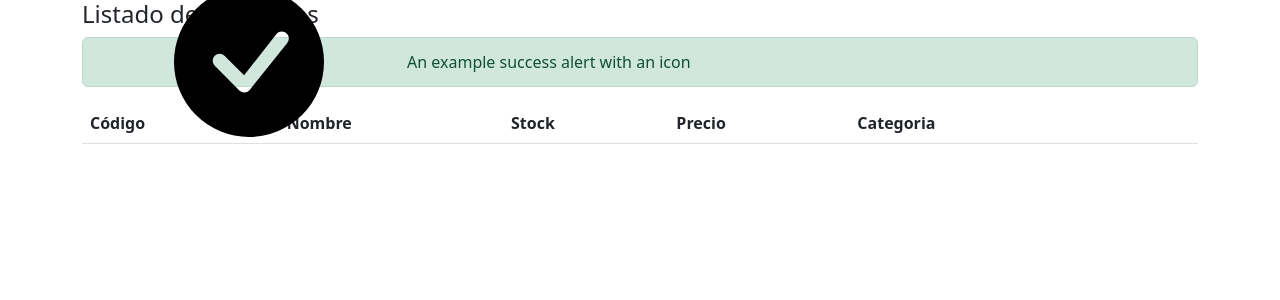
Repository: xJerson/ClaseSpring20-10-2023
Page: http://localhost/listado
The author's editor kept a copy of each file at every save. The page is drawn from the files as they stood at one save, then again after the next save.
The browser window is 1280 px wide. The pictures show the whole page.
The page is this project's Thymeleaf template; nobody is signed in. The template is opened directly, without the code that normally fills it, so the values that code supplies are empty.

Above is the page before, as saved 2023-10-21 02:43:26.

### dawi_sesion06G2/src/main/resources/templates/listado.html
<!doctype html>
<html lang="es" xmlns:th="https://www.thymeleaf.org">
  <head>
    <meta charset="utf-8">
    <meta name="viewport" content="width=device-width, initial-scale=1">
    <title>Bootstrap demo</title>
    <link href="https://cdn.jsdelivr.net/npm/bootstrap@5.2.3/dist/css/bootstrap.min.css" rel="stylesheet" integrity="sha384-rbsA2VBKQhggwzxH7pPCaAqO46MgnOM80zW1RWuH61DGLwZJEdK2Kadq2F9CUG65" crossorigin="anonymous">
  </head>
  <body>
    <div class="container">
    	<h4>Listado de Productos</h4>

 <svg xmlns="http://www.w3.org/2000/svg" class="d-none">
  <symbol id="check-circle-fill" viewBox="0 0 16 16">
    <path d="M16 8A8 8 0 1 1 0 8a8 8 0 0 1 16 0zm-3.97-3.03a.75.75 0 0 0-1.08.022L7.477 9.417 5.384 7.323a.75.75 0 0 0-1.06 1.06L6.97 11.03a.75.75 0 0 0 1.079-.02l3.992-4.99a.75.75 0 0 0-.01-1.05z"/>
  </symbol>
  <symbol id="info-fill" viewBox="0 0 16 16">
    <path d="M8 16A8 8 0 1 0 8 0a8 8 0 0 0 0 16zm.93-9.412-1 4.705c-.07.34.029.533.304.533.194 0 .487-.07.686-.246l-.088.416c-.287.346-.92.598-1.465.598-.703 0-1.002-.422-.808-1.319l.738-3.468c.064-.293.006-.399-.287-.47l-.451-.081.082-.381 2.29-.287zM8 5.5a1 1 0 1 1 0-2 1 1 0 0 1 0 2z"/>
  </symbol>
  <symbol id="exclamation-triangle-fill" viewBox="0 0 16 16">
    <path d="M8.982 1.566a1.13 1.13 0 0 0-1.96 0L.165 13.233c-.457.778.091 1.767.98 1.767h13.713c.889 0 1.438-.99.98-1.767L8.982 1.566zM8 5c.535 0 .954.462.9.995l-.35 3.507a.552.552 0 0 1-1.1 0L7.1 5.995A.905.905 0 0 1 8 5zm.002 6a1 1 0 1 1 0 2 1 1 0 0 1 0-2z"/>
  </symbol>
</svg>

 <div class="alert alert-success d-flex align-items-center" role="alert" style="height: 50px;">
  <svg class="bi flex-shrink-0 me-2" role="img" aria-label="Success:"><use xlink:href="#check-circle-fill"/></svg>
  <div>
    An example success alert with an icon
  </div>
</div>


    	<table class="table table-hover" id="myTable">
    		<thead>
    			<tr>
    				<th scope="col">Código</th>
    				<th scope="col">Nombre</th>
    				<th scope="col">Stock</th>
    				<th scope="col">Precio</th>
    				<th scope="col">Categoria</th>
    				<th></th>
    				<th></th>
    			</tr>
    		</thead>
    		<tbody>
    			<tr th:each="p : ${lstProductos}">
    				<td th:text="${p.codigo}"></td>
    				<td th:text="${p.descripcion}"></td>
    				<td th:text="${p.stock}"></td>
    				<td th:text="${p.precio}"></td>
    				<td th:text="${p.categoria.descripcion}"></td>
    				<td>
						<a class="btn btn-warning" th:href="@{'/editar/' + ${p.codigo}}" role="button">Editar</a>
    				</td>
    				<td>
						<button type="button" class="btn btn-danger deletebtn">Eliminar</button>
					</td>
    			</tr>
    		</tbody>
    	</table>


    </div>

    	<div class="modal fade" id="eliminarModal" tabindex="-1" aria-labelledby="eliminarModalLabel" aria-hidden="true">
	  <div class="modal-dialog">
	    <div class="modal-content">
	      <div class="modal-header">
	        <h5 class="modal-title" id="editarModalLabel">Eliminar producto</h5>
	        <button type="button" class="btn-close" data-bs-dismiss="modal" aria-label="Close"></button>
	      </div>
	      	<form th:action="@{/eliminar}" method="post">
		      <div class="modal-body">
				 <input type="hidden" name="codigo" id="codigo">
				  <span id="nombreProducto"></span>
		      </div>
		      <div class="modal-footer">
		          <button type="button" class="btn btn-secondary" data-bs-dismiss="modal"> Cancelar </button>
		          <button type="submit" name="deletedata" class="btn btn-primary">Sí, eliminar</button>
		      </div>
		     </form>
	    </div>
		</div>
	</div>

	<script src="https://cdn.jsdelivr.net/npm/bootstrap@5.2.3/dist/js/bootstrap.bundle.min.js" integrity="sha384-kenU1KFdBIe4zVF0s0G1M5b4hcpxyD9F7jL+jjXkk+Q2h455rYXK/7HAuoJl+0I4" crossorigin="anonymous"></script>
 	<script src="https://code.jquery.com/jquery-3.7.1.min.js" integrity="sha256-/JqT3SQfawRcv/BIHPThkBvs0OEvtFFmqPF/lYI/Cxo=" crossorigin="anonymous"></script>

 	<script>

		 $(document).ready(function(){
			$('.deletebtn').on('click',function(){
				$('#eliminarModal').modal('show');
				$tr=$(this).closest('tr');
				var data=$tr.children("td").map(function(){
					return $(this).text();
				}).get();
				console.log(data);
				$('#codigo').val(data[0]);
				$('#nombreProducto').text('Estas seguro de eliminar el producto : '+data[1]+"?");

			})
		 });

	 </script>
  </body>
</html>

After the next save:
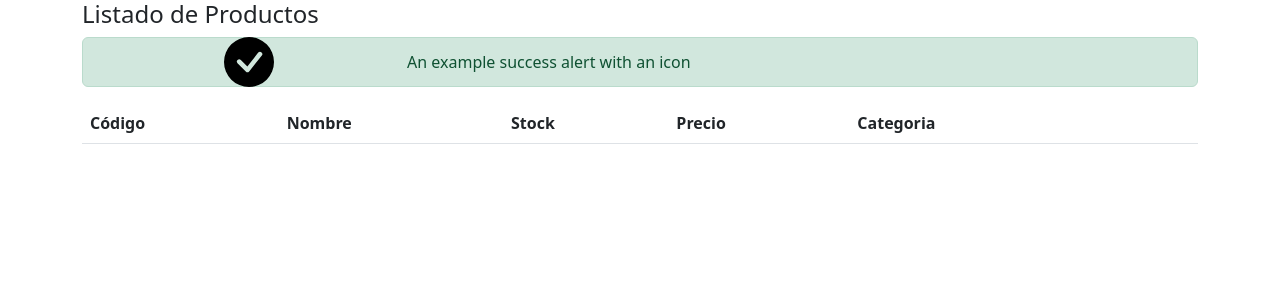
Saved 25 s later.
--- a/dawi_sesion06G2/src/main/resources/templates/listado.html
+++ b/dawi_sesion06G2/src/main/resources/templates/listado.html
@@ -23,7 +23,7 @@
 </svg>
 
  <div class="alert alert-success d-flex align-items-center" role="alert" style="height: 50px;">
-  <svg class="bi flex-shrink-0 me-2" role="img" aria-label="Success:"><use xlink:href="#check-circle-fill"/></svg>
+  <svg class="bi flex-shrink-0 me-2" role="img" aria-label="Success:"  style="height: 50px;"><use xlink:href="#check-circle-fill"/></svg>
   <div>
     An example success alert with an icon
   </div>
